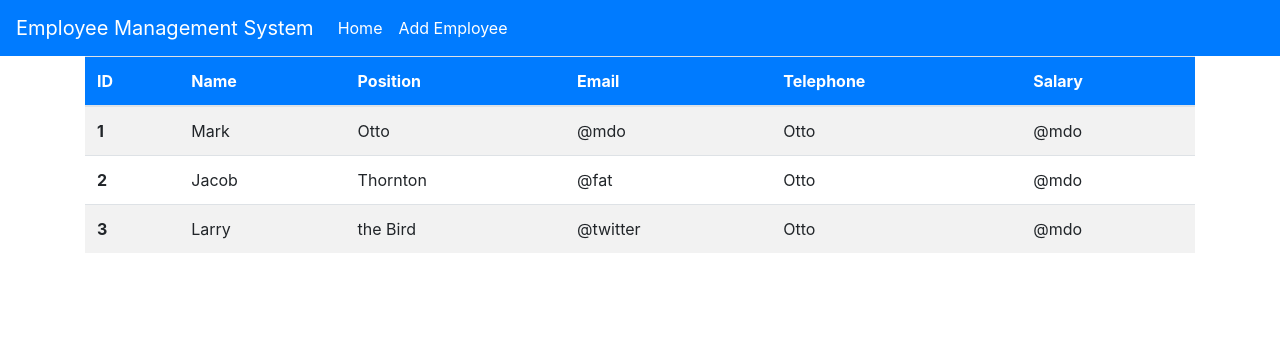
Repository: Keshav1902/Employee-Management-System
Page: http://localhost/index
The author's editor kept a copy of each file at every save. The page is drawn from the files as they stood at one save, then again after the next save.
The browser window is 1280 px wide. The pictures show the whole page.
Some web libraries are served in a nearby version. The page is this project's Thymeleaf template; nobody is signed in. The template is opened directly, without the code that normally fills it, so the values that code supplies are empty.

Above is the page before, as saved 2023-10-23 10:25:47.

### Employee_Management_System/src/main/resources/templates/index.html
<!doctype html>
<html lang="en">
<head>
<!-- Required meta tags -->
<meta charset="utf-8">
<meta name="viewport"
	content="width=device-width, initial-scale=1, shrink-to-fit=no">

<!-- Bootstrap CSS -->
<link rel="stylesheet"
	href="https://cdn.jsdelivr.net/npm/bootstrap@4.0.0/dist/css/bootstrap.min.css"
	integrity="sha384-Gn5384xqQ1aoWXA+058RXPxPg6fy4IWvTNh0E263XmFcJlSAwiGgFAW/dAiS6JXm"
	crossorigin="anonymous">

<title>Home Page</title>
</head>
<body>

	<nav class="navbar navbar-expand-lg navbar-dark bg-primary">
		<a class="navbar-brand" href="#">Employee Management System</a>
		<button class="navbar-toggler" type="button" data-toggle="collapse"
			data-target="#navbarSupportedContent"
			aria-controls="navbarSupportedContent" aria-expanded="false"
			aria-label="Toggle navigation">
			<span class="navbar-toggler-icon"></span>
		</button>

		<div class="collapse navbar-collapse" id="navbarSupportedContent">
			<ul class="navbar-nav mr-auto">
				<li class="nav-item active"><a class="nav-link" href="#">Home
						<span class="sr-only">(current)</span>
				</a></li>
				<li class="nav-item active"><a class="nav-link" href="#">Add Employee</a></li>
			</ul>
		</div>
	</nav>

	<div class ="container">
		<table class="table table-striped">
  <thead class="bg-primary text-white">
    <tr>
      <th scope="col">ID</th>
      <th scope="col">Name</th>
      <th scope="col">Position</th>
      <th scope="col">Email</th>
      <th scope="col">Telephone</th>
      <th scope="col">Salary</th>
    </tr>
  </thead>
  <tbody>
    <tr>
      <th scope="row">1</th>
      <td>Mark</td>
      <td>Otto</td>
      <td>@mdo</td>
      <td>Otto</td>
      <td>@mdo</td>
    </tr>
    <tr>
      <th scope="row">2</th>
      <td>Jacob</td>
      <td>Thornton</td>
      <td>@fat</td>
      <td>Otto</td>
      <td>@mdo</td>
    </tr>
    <tr>
      <th scope="row">3</th>
      <td>Larry</td>
      <td>the Bird</td>
      <td>@twitter</td>
      <td>Otto</td>
      <td>@mdo</td>
    </tr>
  </tbody>
</table>
	</div>


	<!-- Optional JavaScript -->
	<!-- jQuery first, then Popper.js, then Bootstrap JS -->
	<script src="https://code.jquery.com/jquery-3.2.1.slim.min.js"
		integrity="sha384-KJ3o2DKtIkvYIK3UENzmM7KCkRr/rE9/Qpg6aAZGJwFDMVNA/GpGFF93hXpG5KkN"
		crossorigin="anonymous"></script>
	<script
		src="https://cdn.jsdelivr.net/npm/popper.js@1.12.9/dist/umd/popper.min.js"
		integrity="sha384-ApNbgh9B+Y1QKtv3Rn7W3mgPxhU9K/ScQsAP7hUibX39j7fakFPskvXusvfa0b4Q"
		crossorigin="anonymous"></script>
	<script
		src="https://cdn.jsdelivr.net/npm/bootstrap@4.0.0/dist/js/bootstrap.min.js"
		integrity="sha384-JZR6Spejh4U02d8jOt6vLEHfe/JQGiRRSQQxSfFWpi1MquVdAyjUar5+76PVCmYl"
		crossorigin="anonymous"></script>
</body>
</html>

After the next save:
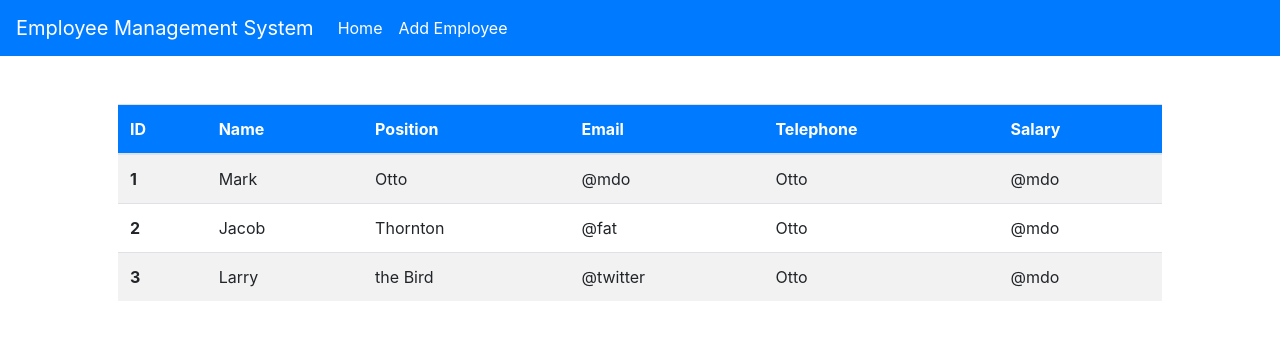
Saved 32 s later.
--- a/Employee_Management_System/src/main/resources/templates/index.html
+++ b/Employee_Management_System/src/main/resources/templates/index.html
@@ -35,7 +35,7 @@
 		</div>
 	</nav>
 
-	<div class ="container">
+	<div class ="container p-5">
 		<table class="table table-striped">
   <thead class="bg-primary text-white">
     <tr>
